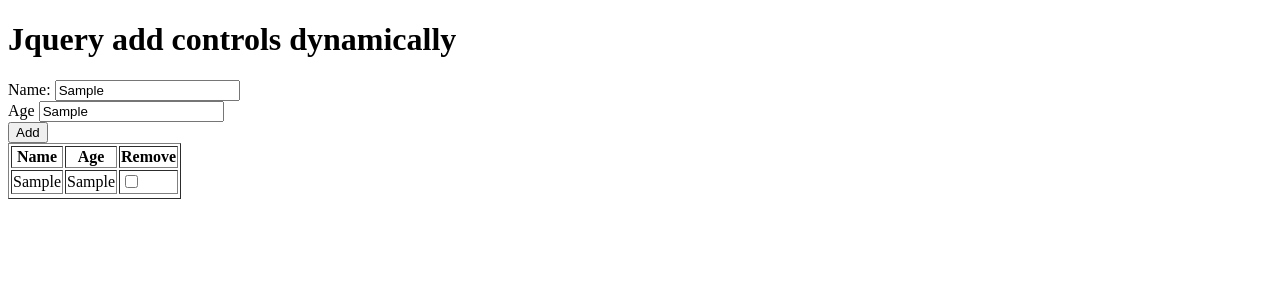
Repository: Padminivittal/Padmini-MWB
Page: MWB Day1/WebContent/lab4.html
An editor plug-in stored every save of this project. The page is shown before and after the next save, followed by the edit.
The browser window is 1280 px wide. The pictures show the whole page.
Empty fields were first filled with sample values (such as "Sample", 5 or name@example.com).
After loading, the first visible `#btnAdd` was clicked once.

Above is the page before, as saved 2012-07-20 10:17:32.

After the next save:
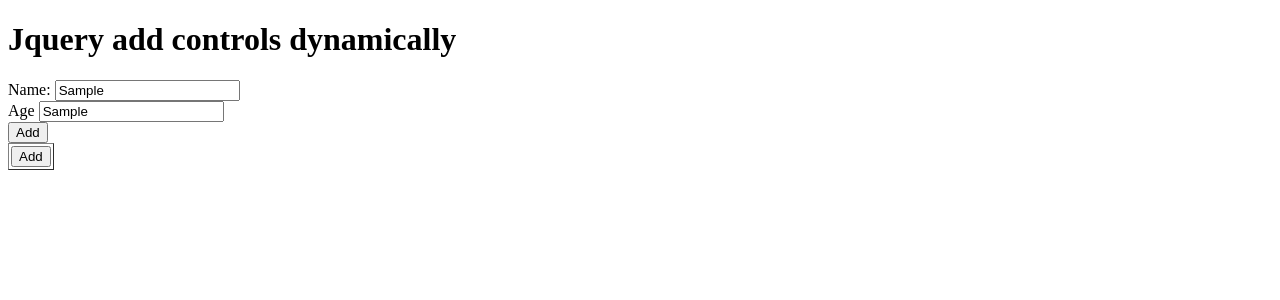
Saved 5 min 17 s later.
--- a/MWB Day1/WebContent/lab4.html
+++ b/MWB Day1/WebContent/lab4.html
@@ -8,8 +8,16 @@ Day 1 -Lab 3
 $().ready(function(){
 	$("#btnAdd").on("click", function()
 	{
-		$("#tblpeople").append("<tr><td>"+ $("#name").val()+"</td><td>"+$("#age").val()+"</td><td><input type='checkbox' id=check/></td><tr>")
+		$("#tblpeople").append("<tr><td>"+ $("#name").val()+"</td><td>"+$("#age").val()+"</td><td><input type='checkbox' id='check'/></td><tr>")
+		$("#tblpeople").html("<input type='button' value='Add' id='btnremove'/>")
 	});
+	$("#btnremove").on("click", function()
+			{
+				$("#check").each(function()
+				{
+
+				});
+			});
 });
 
 </script>
@@ -48,5 +56,8 @@ Remove
 <br>
 
 </div>
+<div id="remove">
+
+</div>
 </body>
 </html>
